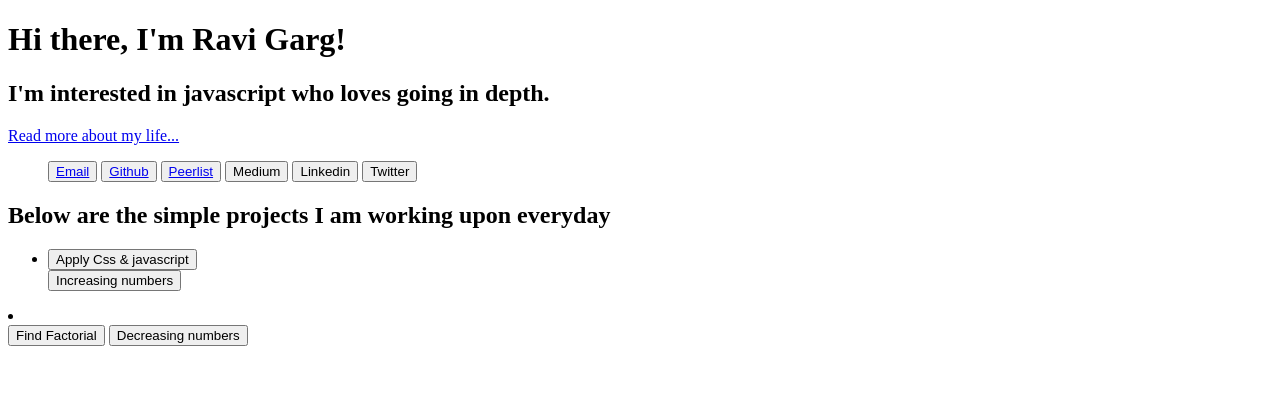
Repository: ravigarg001/musafir
Page: index.html
The author's editor kept a copy of each file at every save. The page is drawn from the files as they stood at one save, then again after a run of saves.
The browser window is 1280 px wide. The pictures show the whole page.

Above is the page before, as saved 2022-05-02 09:21:26.

### index.html
<!DOCTYPE html>
<html>
<head>
<title>Ravi Garg</title>
<!-- <link href="index.css" rel="stylesheet" type="text/css"></link> -->
<script src="index.js"></script>
</head>

<body>
<div class="about" >
    <h1>Hi there, I'm Ravi Garg!</h1>
    <h2>I'm interested in javascript who loves going in depth.</h2>
    <p> <a id="more" href="/about">Read more about my life...</a></p>
</div>

<footer>
<ul>
  <button><a href="mailto:ravigarg.connect@gmail.com">Email</a></button>
  <button><a href="https://github.com/ravigarg001" target="_blank">Github</a></button>
  <button><a href="https://peerlist.io/ravigarg" target="_blank">Peerlist</a></button>
  <button><a>Medium</a></button>
  <button><a>Linkedin</a></button>
  <button><a>Twitter</a></button><br>
</ul>
</footer>
<h2>Below are the simple projects I am working upon everyday</h2>
<ul>
  <li><button class="cssAdder" onclick="addCssAndJs()">Apply Css & javascript</button></li>
  <button onclick="inputNumber1()">Increasing numbers </button></ul><li></li>
  <button onclick="inputNumber()">Find Factorial</button>
  <button onclick="inputNumber2()">Decreasing numbers</button>
</ul>
</footer>

</body>
<!-- <script src="Recursion/recursiveFactorial.js"></script> -->
<!-- <script src="Recursion/increasing_order.js"></script> -->

</html>

### index.js
function addCssAndJs(){
    let link = document.createElement('link');
    link.rel = 'stylesheet';
    link.type = 'text/css';
    link.href = 'index.css';
    document.head.appendChild(link);

    function addNewJsFile(fileLocation){
        let script = document.createElement('script');
        document.head.appendChild(script);
        script.src = fileLocation;
    }

    addNewJsFile('Recursion/decreasing_order.js');
    addNewJsFile('Recursion/increasing_order.js');
    addNewJsFile('Recursion/recursiveFactorial.js');

}
/*1. call addNewJsFile(put location of the js file here) */

After the next 2 saves:
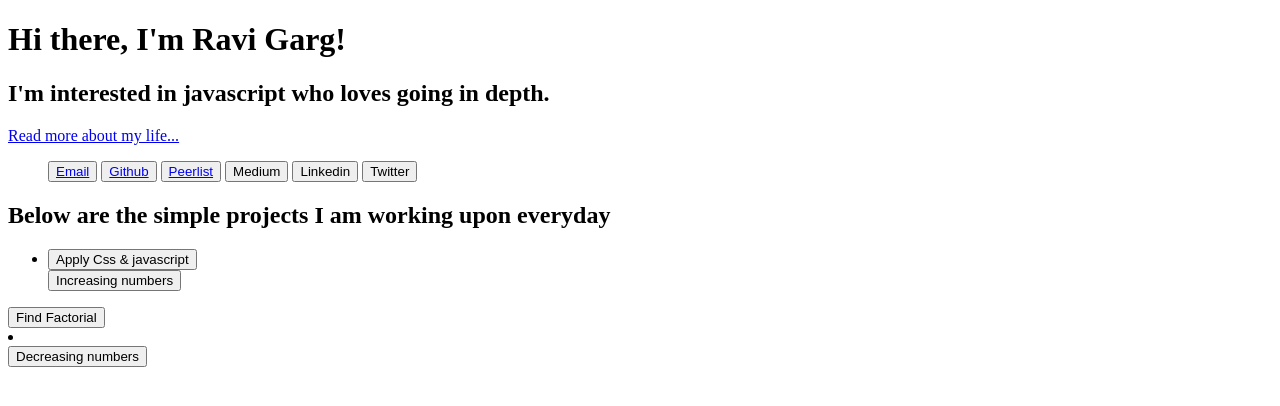
The 2 saves are shown as one change because they came seconds apart.
The last was saved 6 s later.
--- a/index.html
+++ b/index.html
@@ -26,8 +26,8 @@
 <h2>Below are the simple projects I am working upon everyday</h2>
 <ul>
   <li><button class="cssAdder" onclick="addCssAndJs()">Apply Css & javascript</button></li>
-  <button onclick="inputNumber1()">Increasing numbers </button></ul><li></li>
-  <button onclick="inputNumber()">Find Factorial</button>
+  <button onclick="inputNumber1()">Increasing numbers </button></ul></li>
+  <button onclick="inputNumber()">Find Factorial</button><li></li>
   <button onclick="inputNumber2()">Decreasing numbers</button>
 </ul>
 </footer>
